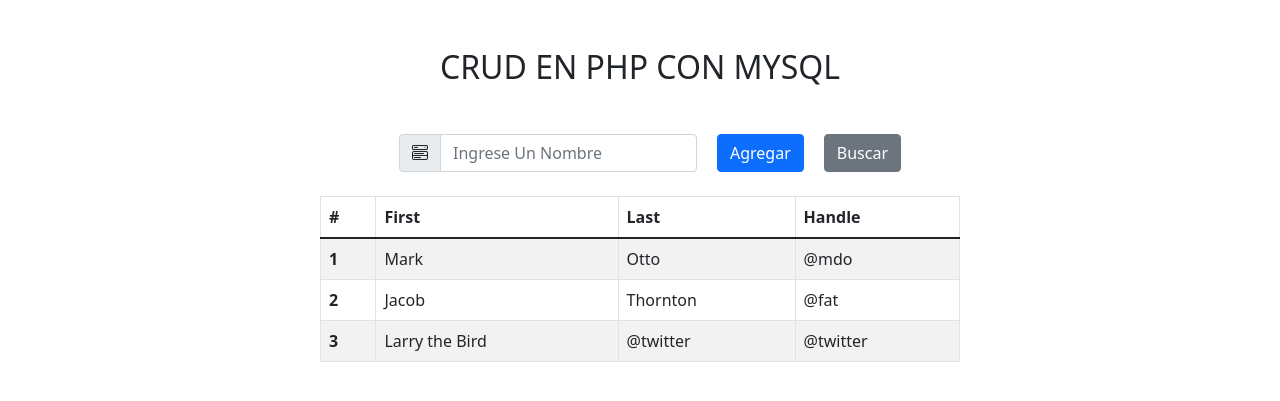
Repository: nder1996/CRUD_SENCILLO
Page: http://localhost/
An editor plug-in stored every save of this project. The page is shown before and after the next save, followed by the edit.
The browser window is 1280 px wide. The pictures show the whole page.
The page is run by PHP 8.4 with error messages shown; the project is at /var/www/html/.

Above is the page before, as saved 2021-10-04 20:10:28.

### CRUD - SILENCIADO/index.php
<!DOCTYPE html>
<html lang="en">
<head>
    <meta charset="UTF-8">
    <meta http-equiv="X-UA-Compatible" content="IE=edge">
    <meta name="viewport" content="width=device-width, initial-scale=1.0">
    <title>CRUD PHP</title>
    <link href="https://cdn.jsdelivr.net/npm/bootstrap@5.1.1/dist/css/bootstrap.min.css" rel="stylesheet" integrity="sha384-F3w7mX95PdgyTmZZMECAngseQB83DfGTowi0iMjiWaeVhAn4FJkqJByhZMI3AhiU" crossorigin="anonymous">
    <link rel="stylesheet" href="css/estilos.css">
    <link rel="stylesheet" href="https://cdnjs.cloudflare.com/ajax/libs/bootstrap-icons/1.5.0/font/bootstrap-icons.min.css" integrity="sha512-xnP2tOaCJnzp2d2IqKFcxuOiVCbuessxM6wuiolT9eeEJCyy0Vhcwa4zQvdrZNVqlqaxXhHqsSV1Ww7T2jSCUQ==" crossorigin="anonymous" referrerpolicy="no-referrer" />
</head>
<body>
    <h2 class="text-center mt-5">CRUD EN PHP CON MYSQL</h2>
    <div class="contenedor mt-5">
            <div class="input_button mt-1 d-flex justify-content-center">
                <section class="">
                    <label class="visually-hidden" for="inlineFormInputGroupUsername">Username</label>
                    <div class="input-group">
                      <div class="input-group-text"><i class="bi bi-menu-button-wide"></i></div>
                      <input type="text" class="form-control" id="inlineFormInputGroupUsername" placeholder="Ingrese Un Nombre">
                    </div>
                </section>
                <section>
                    <button type="button" class="btn btn-primary">Agregar</button>
                </section>
                <section>
                    <button type="button" class="btn btn-secondary">Buscar</button>
                </section>
            </div>
            <table class="table mt-4 table-bordered table-striped">
                <thead>
                    <tr>
                      <th scope="col">#</th>
                      <th scope="col">First</th>
                      <th scope="col">Last</th>
                      <th scope="col">Handle</th>
                    </tr>
                  </thead>
                  <tbody>
                    <tr>
                      <th scope="row">1</th>
                      <td>Mark</td>
                      <td>Otto</td>
                      <td>@mdo</td>
                    </tr>
                    <tr>
                      <th scope="row">2</th>
                      <td>Jacob</td>
                      <td>Thornton</td>
                      <td>@fat</td>
                    </tr>
                    <tr>
                      <th scope="row">3</th>
                      <td>Larry the Bird</td>
                      <td>@twitter</td>
                      <td>@twitter</td>
                    </tr>
                  </tbody>
              </table>
    </div>
    <script src="https://cdn.jsdelivr.net/npm/bootstrap@5.1.1/dist/js/bootstrap.bundle.min.js" integrity="sha384-/bQdsTh/da6pkI1MST/rWKFNjaCP5gBSY4sEBT38Q/9RBh9AH40zEOg7Hlq2THRZ" crossorigin="anonymous"></script>
</body>
</html>

### CRUD - SILENCIADO/css/estilos.css
.contenedor{
  /*  border:5px solid red;*/
    width: 50%;
    height: 300px;
    margin: auto;
}

.input_button{
   /* border:5px solid red;*/
}

.input_button section{
    margin-left: 20px;
}

After the next save:
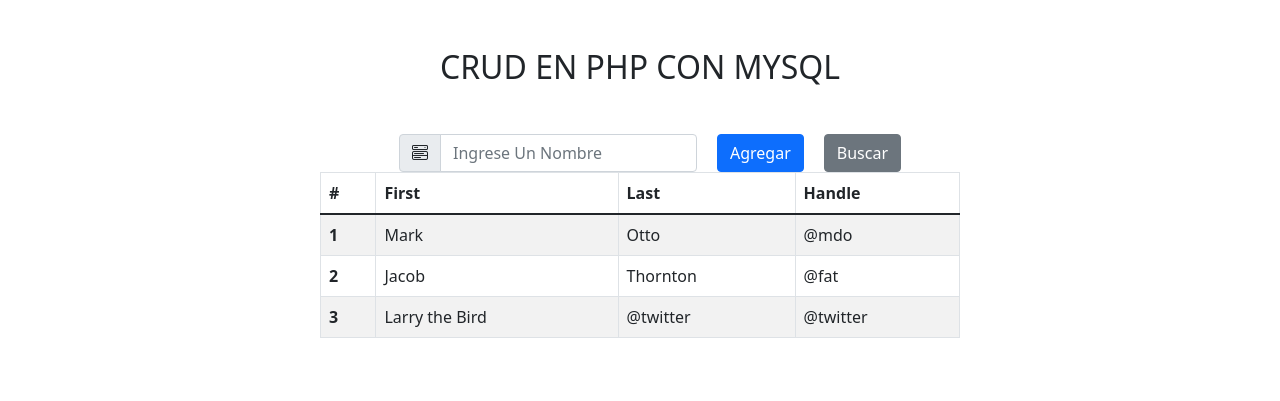
Saved 8 s later.
--- a/CRUD - SILENCIADO/index.php
+++ b/CRUD - SILENCIADO/index.php
@@ -27,7 +27,7 @@
                     <button type="button" class="btn btn-secondary">Buscar</button>
                 </section>
             </div>
-            <table class="table mt-4 table-bordered table-striped">
+            <table class="table mt-7 table-bordered table-striped">
                 <thead>
                     <tr>
                       <th scope="col">#</th>
